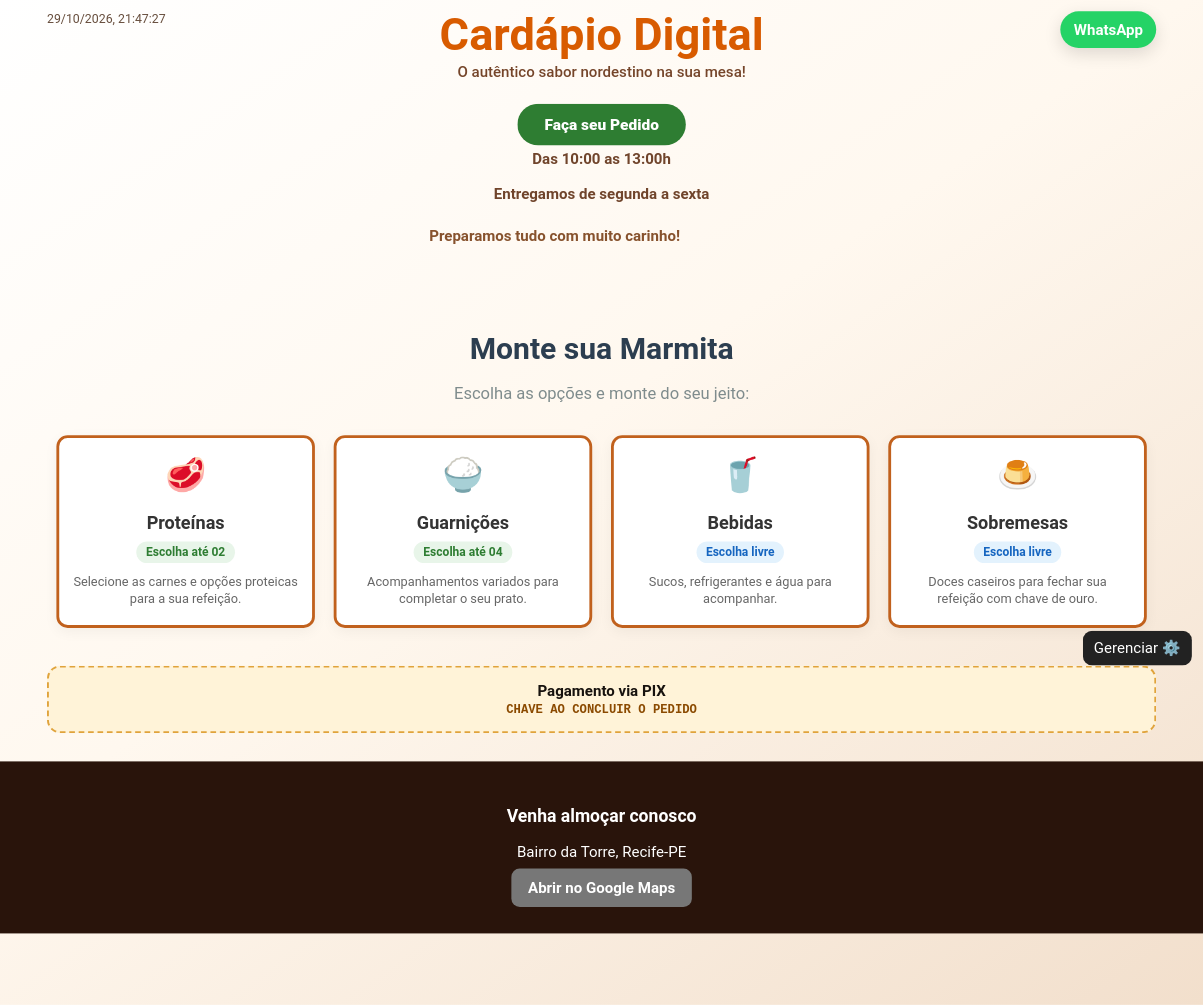
Repository: JeffRodFer/sd-copy-01-frontend
Page: index.html
These files come from the project's save history. The page is drawn as it stood at one moment and after the next save; the edit follows.
The browser window is 1280 px wide. The pictures show the whole page, at 94% of full size.
The page's requests for data from a server got no answer.

Above is the page before, as saved 2026-10-31 11:44:20.

After the next save:
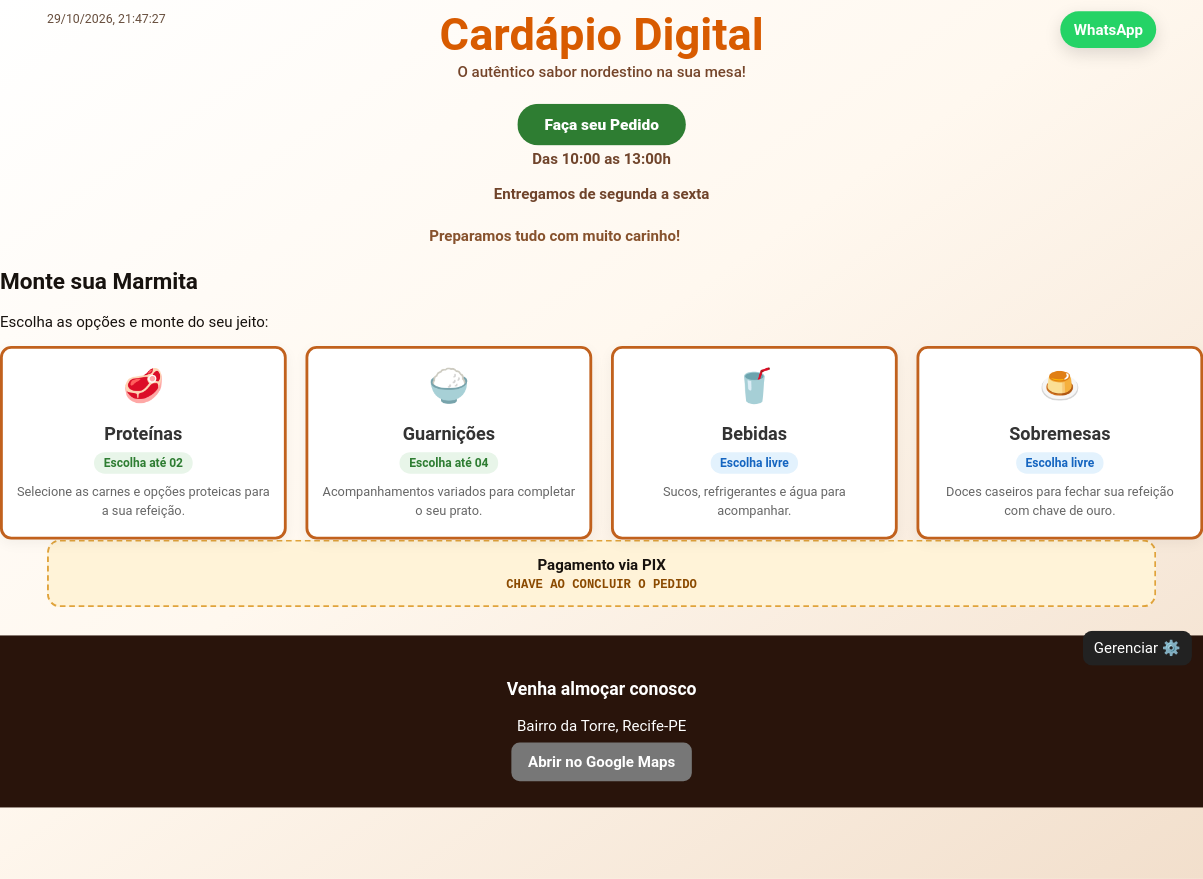
Saved 5 s later.
--- a/index.html
+++ b/index.html
@@ -57,7 +57,7 @@
   <div class="container note">
     Preparamos tudo com muito carinho!
   </div>
-  <section class="menu-categories-section">
+  <!-- <section class="menu-categories-section"> -->
     <h2>Monte sua Marmita</h2>
     <p class="subtitle">Escolha as opções e monte do seu jeito:</p>
 

After the save that followed:
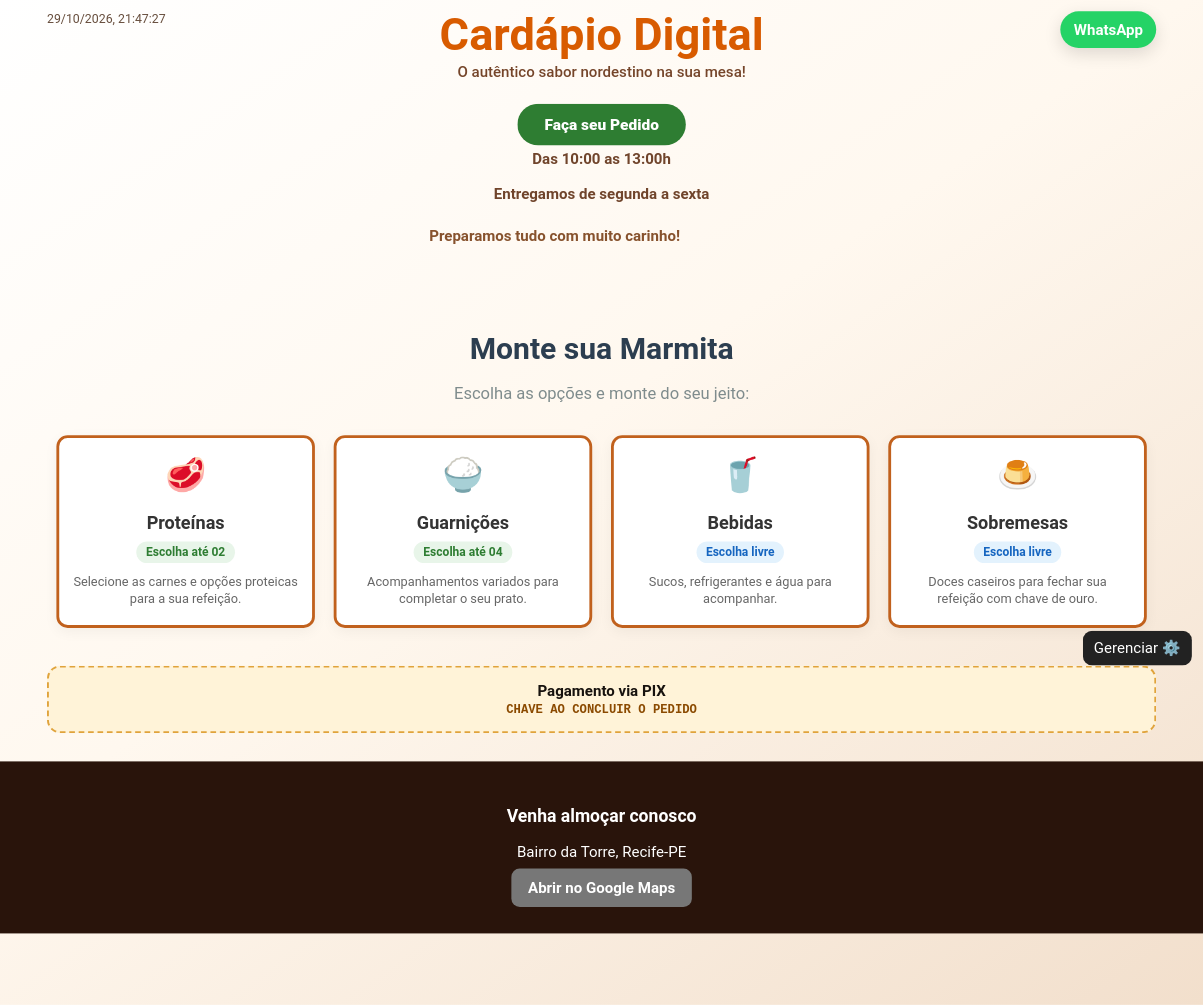
Saved 7 s later.
--- a/index.html
+++ b/index.html
@@ -57,7 +57,7 @@
   <div class="container note">
     Preparamos tudo com muito carinho!
   </div>
-  <!-- <section class="menu-categories-section"> -->
+  <section class="menu-categories-section">
     <h2>Monte sua Marmita</h2>
     <p class="subtitle">Escolha as opções e monte do seu jeito:</p>
 
